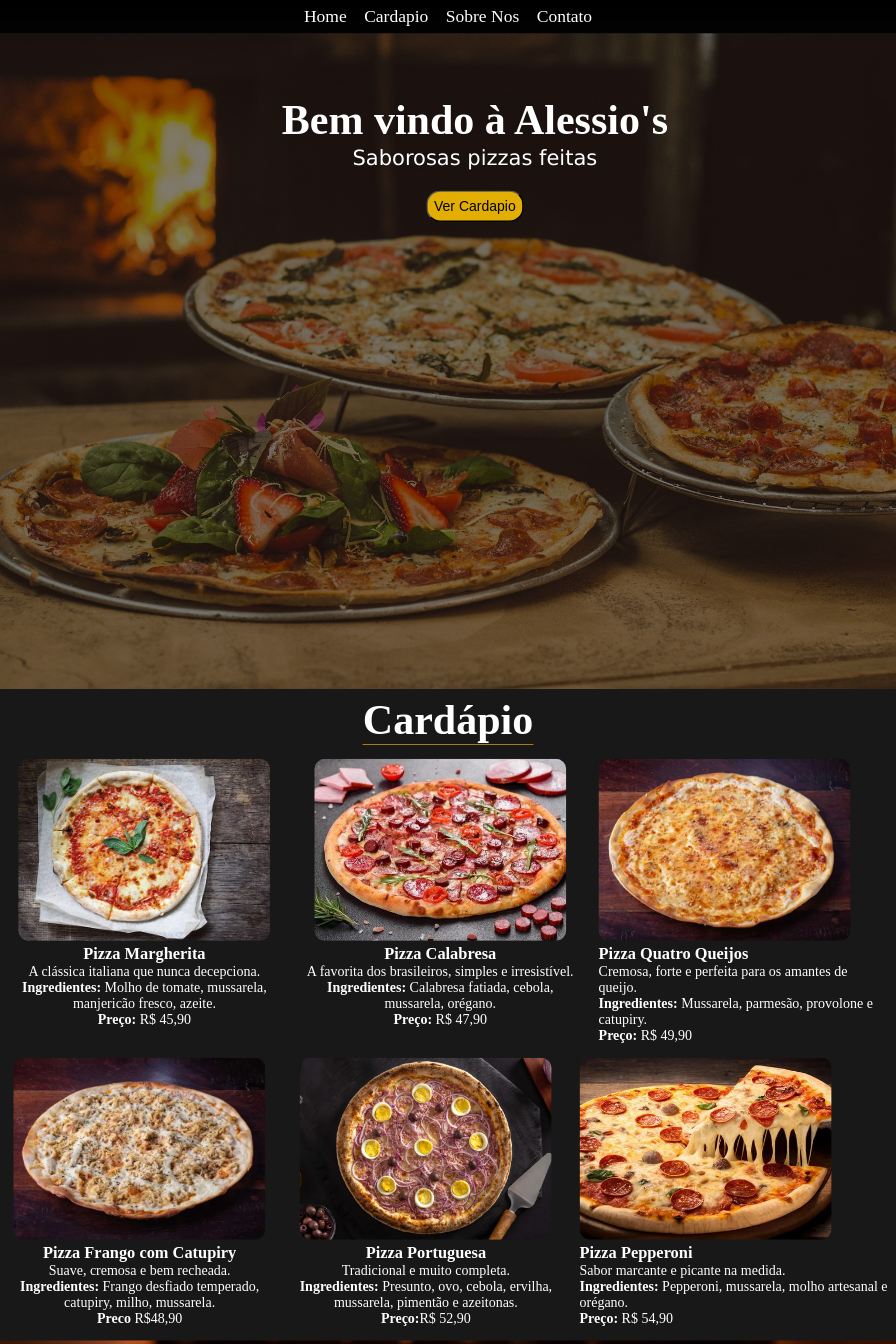
Repository: Mateushlp/landing-page-pizza
Page: index.html
These files come from the project's save history. The page is drawn as it stood at one moment and after the next save; the edit follows.
The browser window is 1280 px wide. The pictures show the part of the page from y = 0 to 1920 px (the page is 2788 px tall), at 70% of full size.

Above is the page before, as saved 2026-05-03 11:12:40.

### index.html
<!DOCTYPE html>
<html lang="en">
<head>
    <meta charset="UTF-8">
    <meta name="viewport" content="width=device-width, initial-scale=1.0">
    <link rel="stylesheet" href="style.css">
    <title>Document</title>
</head>
<body>
    <header>
        <nav>
            <ul>
                <li> <a href="http://"> Home</li></a>
                <li> <a href="http://">Cardapio</li></a>
                <li> <a href="http://">Sobre Nos</li></a>
                <li> <a href="http://">Contato</li></a>
            </ul>
        </nav>
    </header>

    <section class="inicio">
        <div class="texto">
        <h1>Bem vindo à Alessio's</h1>
        <p>Saborosas pizzas feitas </p>
        <button class="btn1">Ver Cardapio</button>
        </div>
    </section>

    <section class="cardapio">
        <h2 class="cardapio1">Cardápio</h2>
    </section>

    <div class="prato">
        <div class="pratos1">
            <img src="./img/margherita-pizza.jpg" alt="">
            <h3>Pizza Margherita</h3>
            <p> A clássica italiana que nunca decepciona. <br>
          <strong>Ingredientes:</strong>  Molho de tomate, mussarela, manjericão fresco, azeite. <br>
        <strong>Preço:</strong> R$ 45,90
    </p>
        </div>
            <div class="pratos2">
                <img src="./img/3140217-pizza-calabresa.jpg" alt="">
                <h3>Pizza Calabresa</h3>
                <p>A favorita dos brasileiros, simples e irresistível. <br>
                <strong>Ingredientes:</strong> Calabresa fatiada, cebola, mussarela, orégano. <br>
                    <strong>Preço:</strong> R$ 47,90
            </p>
            </div>
                <div class="pratos3">
                    <img src="./img/Quatro-Queijos.jpg" alt="">
                    <h3>Pizza Quatro Queijos</h3>
                    <p>Cremosa, forte e perfeita para os amantes de queijo. <br>
                    <strong>Ingredientes:</strong>  Mussarela, parmesão, provolone e catupiry. <br>
                        <strong>Preço: </strong>R$ 49,90
                </p>
                </div>
                </div>

                <div class="prato2">
                <div class="pratos1">
                    <img src="./img/Frango-com-Catupiry-2.jpg" alt="">
                    <h3>Pizza Frango com Catupiry</h3>
                    <p>Suave, cremosa e bem recheada. <br>
                   <strong>Ingredientes:</strong> Frango desfiado temperado, catupiry, milho, mussarela. <br>
                   <strong>Preco </strong> R$48,90
                </p>
                </div>
                <div class="pratos2">
                    <img src="./img/pizza-portuguesa.jpg" alt="">
                    <h3>Pizza Portuguesa</h3>
                    <p>Tradicional e muito completa. <br>
                   <strong>Ingredientes:</strong>  Presunto, ovo, cebola, ervilha, mussarela, pimentão e azeitonas. <br>
                    <strong>Preço:</strong>R$ 52,90
                </p>
                </div>
                <div class="pratos3">
                    <img src="./img/the-pepperoni-pizza-and-a-piece-of-streched-cheese-pizza-with-ai-generated-free-photo.jpg" alt="">
                    <h3>Pizza Pepperoni</h3>
                    <p>Sabor marcante e picante na medida. <br>
                  <strong>Ingredientes:</strong>   Pepperoni, mussarela, molho artesanal e orégano. <br>
                <strong>Preço:</strong> R$ 54,90</p>

                </div>
                </div>
                </div>




    <section class="sobre">
        <div class="sobre1">
        <h2>Sobre nos</h2>
        <p>Nossa pizzaria e dedicada a criar as melhores pizzas do mundo com ingrendientes frescos e receitas exclusivas</p>
    </div>
    </section>

<section id="contato" class="contato">
    <h2>Contato</h2>

    <div class="contato-info">
        <div class="box">
            <h3>Telefone</h3>
            <p>(35) 99744-0140</p>
        </div>

        <div class="box">
            <h3>Endereço</h3>
            <p>Rua Tal Tal, Nº 123 , Centro , Lavras/MG</p>
        </div>

        <div class="box">
            <h3>Email</h3>
            <p>mateus@gmail.com</p>
        </div>
            <div class="box">
                <h3>Hórario de Funcionamento</h3>
                <p>Segunda a Sábado 11h00 às 23h00 - Domingo: 16h00 às 23H00</p>
            </div>
    </div>
</section>
        <div class="pedir">
        <button class="btn2">Peca Agora Mesmo!</button>
        </div>


    <footer>
        <h2>&copy; 2025 Alessio's Pizzaria</h2>
    </footer>

</body>
</html>

### style.css
*{
    margin:0;
    padding: 0;
    box-sizing: border-box;
}
body{
    background-color: #181818;

}

nav ul {
    display: flex;
    gap: 25px;
    list-style: none;
    justify-content: center;
    font-size: 25px;
    padding: 10px;
     background: linear-gradient(to bottom, rgb(00, 0, 0), rgba(0,0,0,0.9));
}

nav ul a{
    text-decoration: none;
    color: #fff;
    margin-top: 10px;
}

nav ul a:hover{
    border-radius: 20px;
    background-color: #00000;
    color: #af8600;
}

.inicio{
     background:
        linear-gradient(rgba(0,0,0,0.5), rgba(0,0,0,0.5)),
        url(./img/background-meio.jpg);
    background-size: cover;
    background-position: center;
    height: 130vh;
}

.texto{
    display: flex;
    flex-direction: column;
    align-items: center;
    color: #fff;
    padding-top: 7%;
    padding-left: 6%;
    font-size: 40px;
}
.texto p{
    font-family: 'Lucida Sans', 'Lucida Sans Regular', 'Lucida Grande', 'Lucida Sans Unicode', Geneva, Verdana, sans-serif;
    font-size: 30px;

}
.btn1{
 background-color: #e2ae01;
 border-radius: 20px;
 font-size: 20px;
 margin-top: 30px;
 padding: 9px;
 cursor:pointer;
}
.btn1:hover{
background-color:#181818;
color: #e2ae01;
}
.cardapio{
    text-align: center;
    padding: 10px;
    font-size: 40px;
    color:#fff;
}
.cardapio1{
    display: inline-block;
    border-bottom: 1px solid #e2ae01;
}
.prato{
    margin: 10px;
    display: flex;
    gap: 30px;
    font-size: 20px;
    margin-bottom: 20px;
    color:#fff;
}

.prato2{
    margin: 10px;
    display: flex;
    gap: 30px;
    font-size: 20px;
    margin-bottom: 20px;
    color:#fff;
}


.prato img,
.prato2 img {
    width: 50vh;
    height: 260px;
    object-fit: cover;
    border-radius: 15px;
}
.pratos1,
.pratos2 {
    width: 35%;
    text-align: center;
}

.sobre{
    background-image: url(./img/background.jpg);
    background-size: cover;
    background-position: center;
    height: 50vh;
}
.sobre1{
    display: flex;
    align-items: center;
    padding-top: 40px;
    font-size: 30px;
    flex-direction: column;
    color: #fff;
}
.sobre1 p{
    font-size: 20px;
    color:#fff;
}

.contato {
    padding: 50px 0;
    text-align: center;
    color:#fff;
}

.contato-info {
    display: flex;
    justify-content: center;
    gap: 60px;
    margin-top: 20px;
    flex-wrap: wrap;
    color:#fff;
}

.contato-info .box {

    padding: 20px 30px;
    border-radius: 15px;
    color:#fff;

}

.contato-info h3 {
    font-size: 24px;
    color: #af8600;

}

.contato-info p {
    font-size: 18px;
    color:#fff;
}

.pedir{
    display: flex;
    justify-content: center;
    align-items: center;
    text-align: center;
}
.btn2{
     background-color: #e2ae01;
 border-radius: 30px;
 font-size: 20px;
 margin-bottom: 20px;
 padding: 9px;
 cursor:pointer;

}
footer{
      background-color: #181818;
      color: #d4af37;
  text-align: center;
  padding: 20px;
  font-size: 14px;
}

After the next save:
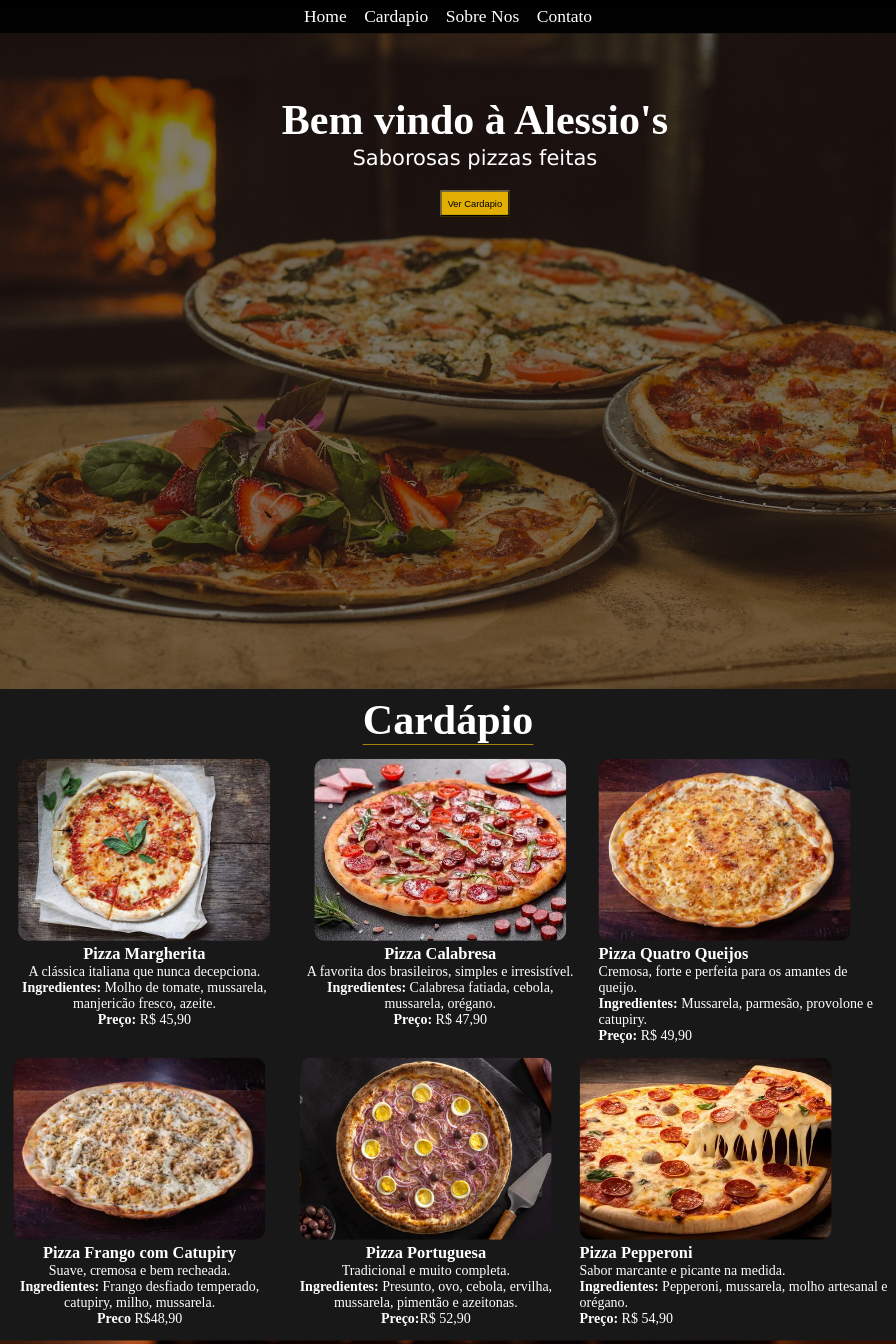
Saved 12 s later.
--- a/style.css
+++ b/style.css
@@ -55,7 +55,7 @@
 }
 .btn1{
  background-color: #e2ae01;
- border-radius: 20px;
+ border:none
  font-size: 20px;
  margin-top: 30px;
  padding: 9px;

After the save that followed:
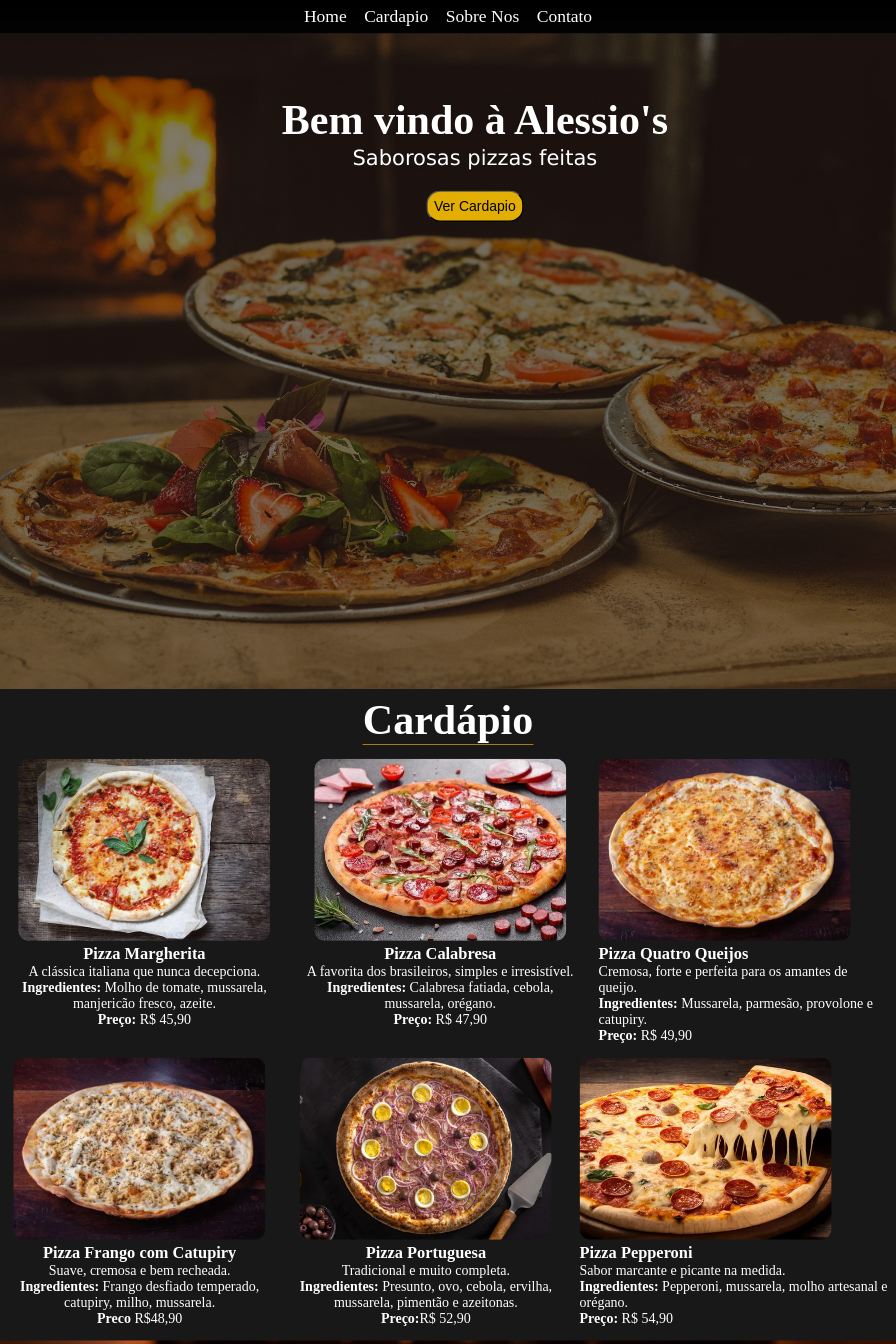
Saved 12 s later.
--- a/style.css
+++ b/style.css
@@ -55,7 +55,7 @@
 }
 .btn1{
  background-color: #e2ae01;
- border:none
+ border-radius: 20px;
  font-size: 20px;
  margin-top: 30px;
  padding: 9px;
